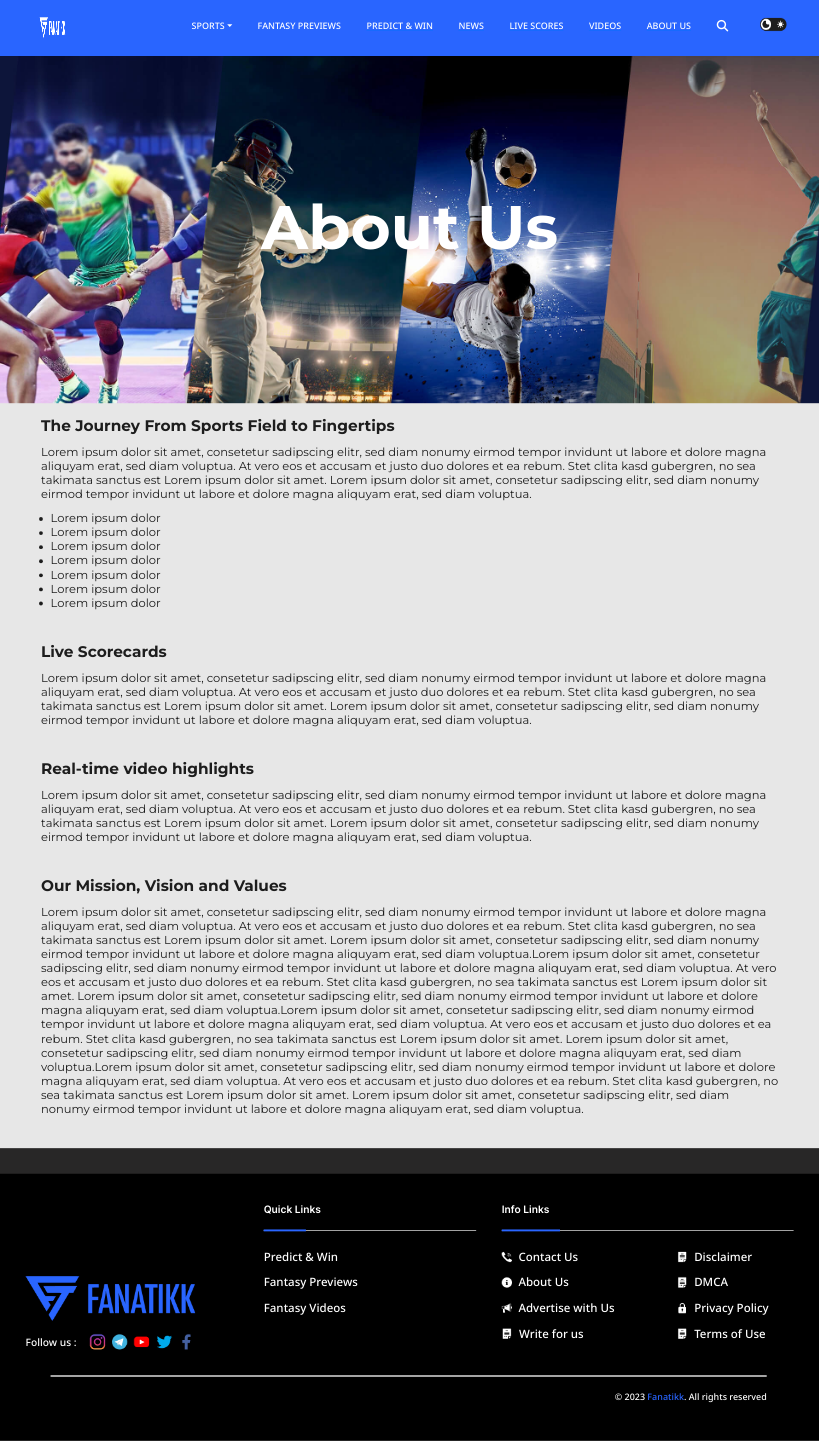
Repository: FlyweisReact/Kannapa
Page: /AboutUs
These files come from the project's save history. The page is drawn as it stood at one moment and after the next save; the edit follows.
The browser window is 1280 px wide. The pictures show the whole page, at 64% of full size.
Some web libraries are served in a nearby version. The project was rebuilt for these pictures with package versions that can differ from the ones it lists, and the page was loaded fresh each time. Also part of the build but not shown: src/Components/secondScreen.jsx, src/Components/Layout/FadingNav/FadingCategory.js, src/Components/Modal/LoginModal.js, src/Components/Modal/SignupModal.js, src/Components/Layout/FadingNav/FadingNav.js, src/Components/Layout/FadingNav/Header1.js, src/Components/Sliders/Blog-Slider.js, src/Components/Sliders/ScoreCard.js and 16 more.

Above is the page before, as saved 2023-06-19 17:48:12.

After the next save:
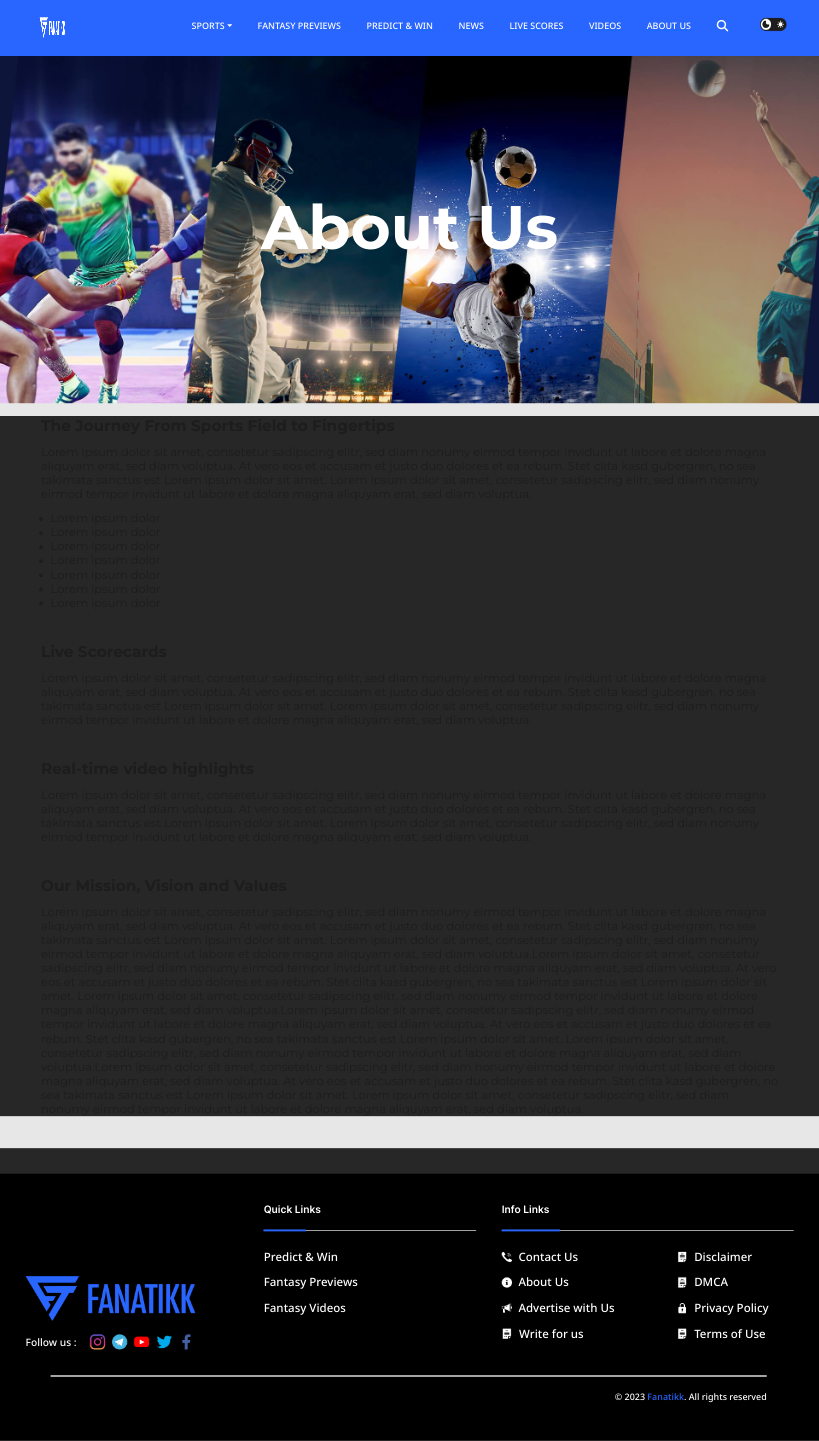
Saved 10 s later.
--- a/src/Pages/AboutUs.js
+++ b/src/Pages/AboutUs.js
@@ -18,7 +18,7 @@ const AboutUs = () => {
             <p>About Us</p>
         </div>
 
-      <div>
+      <div className={themeClass}>
       <div className='AboutUs_Content'>
             <p className='head'>The Journey From Sports Field to Fingertips</p>
             <p className='desc'>Lorem ipsum dolor sit amet, consetetur sadipscing elitr, sed diam nonumy eirmod tempor invidunt ut labore et dolore magna aliquyam erat, sed diam voluptua. At vero eos et accusam et justo duo dolores et ea rebum. Stet clita kasd gubergren, no sea takimata sanctus est Lorem ipsum dolor sit amet. Lorem ipsum dolor sit amet, consetetur sadipscing elitr, sed diam nonumy eirmod tempor invidunt ut labore et dolore magna aliquyam erat, sed diam voluptua.</p>
